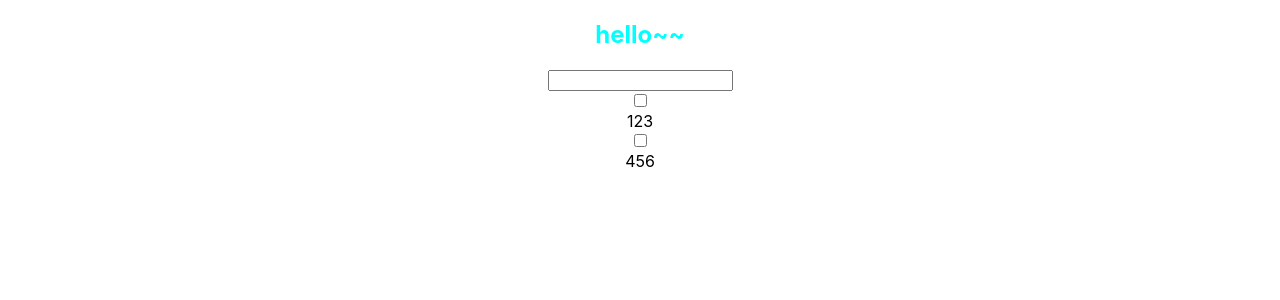
Repository: Gaays/React-todo-list
Page: /
The author's editor kept a copy of each file at every save. The page is drawn from the files as they stood at one save, then again after the next save.
The browser window is 1280 px wide. The pictures show the whole page.
The project was rebuilt for these pictures with package versions that can differ from the ones it lists, and the page was loaded fresh each time.

Above is the page before, as saved 2022-10-15 19:31:16.

After the next save:
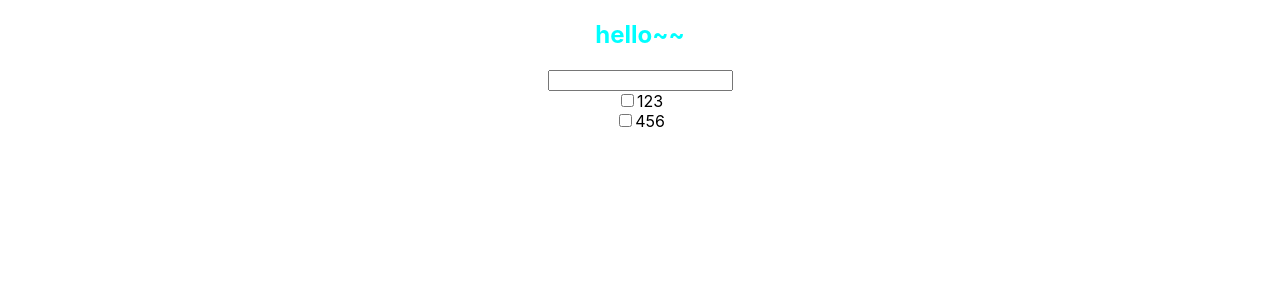
Saved 10 s later.
--- a/src/components/TodoItem/index.jsx
+++ b/src/components/TodoItem/index.jsx
@@ -1,9 +1,9 @@
 import React, { Component } from 'react'
-
+import './index.css'
 export default class TodoItem extends Component {
   render() {
     return (
-      <div>
+      <div className='todo-item'>
         <input type="checkbox" value={this.props.data.check} />
         <div>{this.props.data.label}</div>
       </div>
